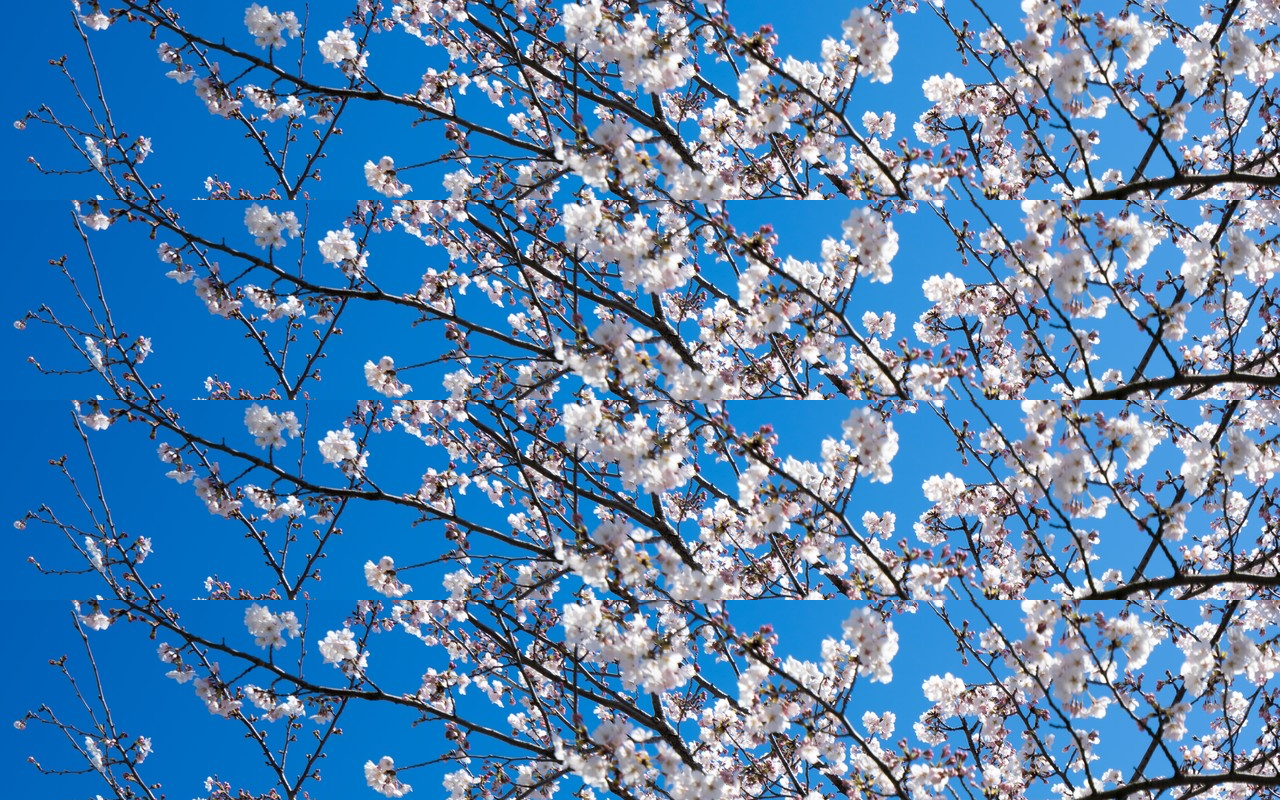
Repository: yuu2310/dmm-webcamp
Page: chapter6_exercise/index.html
The author's editor kept a record of every edit. The page is drawn from the files as they stood at one moment, then again after the next edit.
The browser window is 1280 px wide. The pictures show the whole page.

Above is the page before.

### chapter6_exercise/index.html
<!DOCTYPE HTML>
<html lang="ja">
  <head>
    <meta charset="UTF-8" />
    <title>chapter6演習</title>
    <link rel="stylesheet" href="style.css"/>
  </head>

  <body>
    <div class="image1"></div>
    <div class="image2"></div>
    <div class="image3"></div>
    <div class="image4"></div>
  </body>
</html>

### chapter6_exercise/style.css
* {
  margin: 0;
  padding: 0;
  box-sizing: border-box;
}

.image1 {
  width: 100%;
  height: 200px;
  background-image: url(chapter6/box1.jpg);
}

.image2 {
  width: 100%;
  height: 200px;
  background-image: url(chapter6/box1.jpg);
}

.image3 {
  width: 100%;
  height: 200px;
  background-image: url(chapter6/box1.jpg);
}

.image4 {
  width: 100%;
  height: 200px;
  background-image: url(chapter6/box1.jpg);
}

After the next edit:
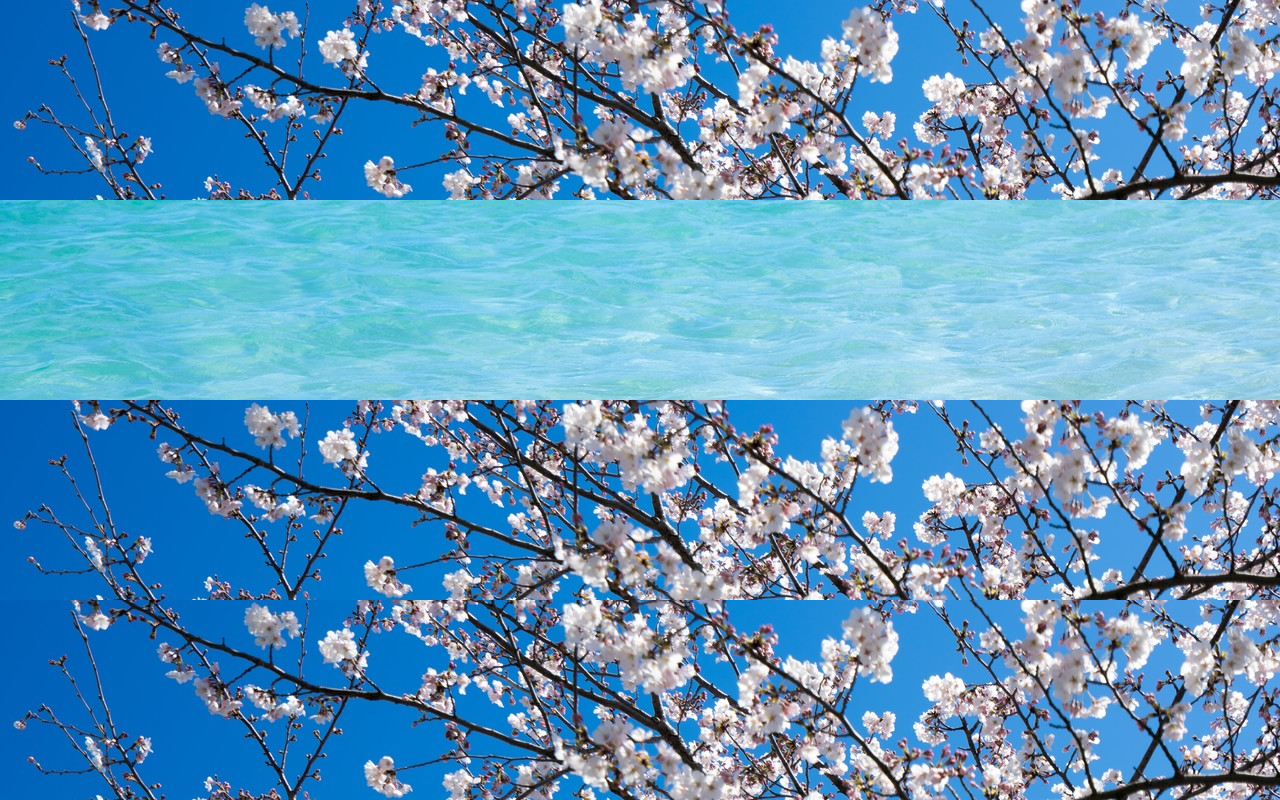
The edit:
--- a/chapter6_exercise/style.css
+++ b/chapter6_exercise/style.css
@@ -13,7 +13,7 @@
 .image2 {
   width: 100%;
   height: 200px;
-  background-image: url(chapter6/box1.jpg);
+  background-image: url(chapter6/box2.jpg);
 }
 
 .image3 {
